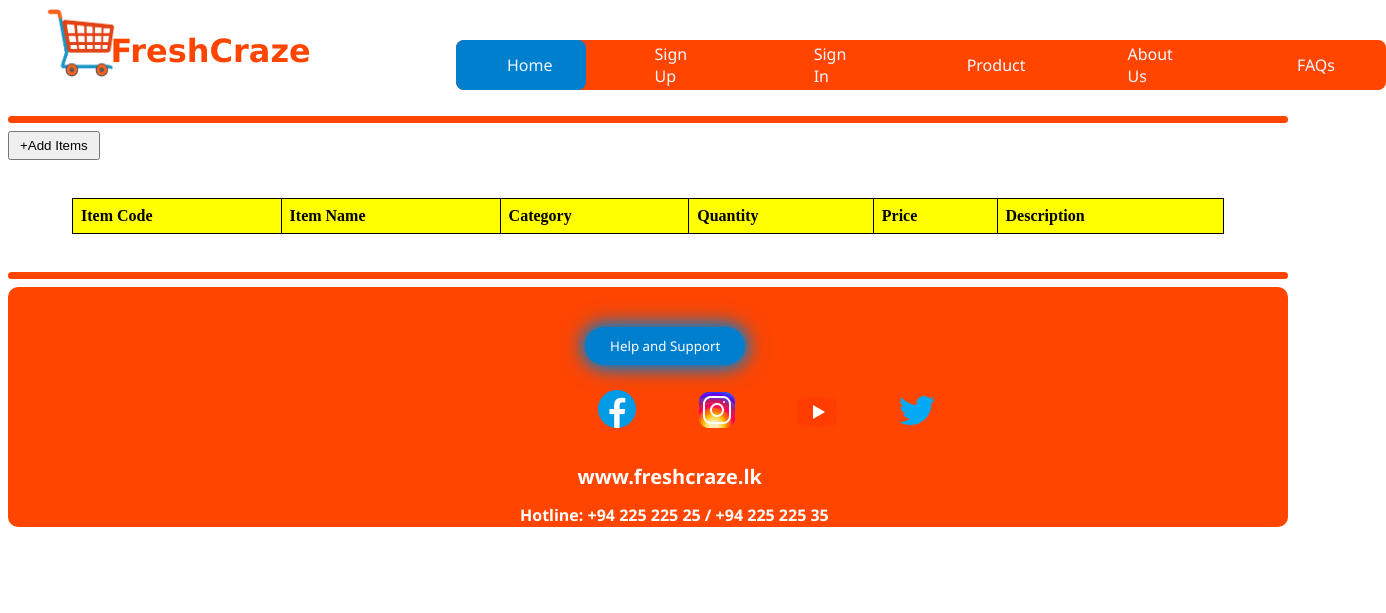
Repository: shanika2002/FreshCraze
Page: http://localhost/itemDem/AdminTable.jsp
An editor plug-in stored every save of this project. The page is shown before and after the next save, followed by the edit.
The browser window is 1280 px wide. The page is 1386 px wide, so the pictures cover 1386 px, including what lies to the right of the window. The pictures show the whole page.
The page is served by Tomcat 9.

Above is the page before, as saved 2024-05-13 19:58:35.

After the next save:
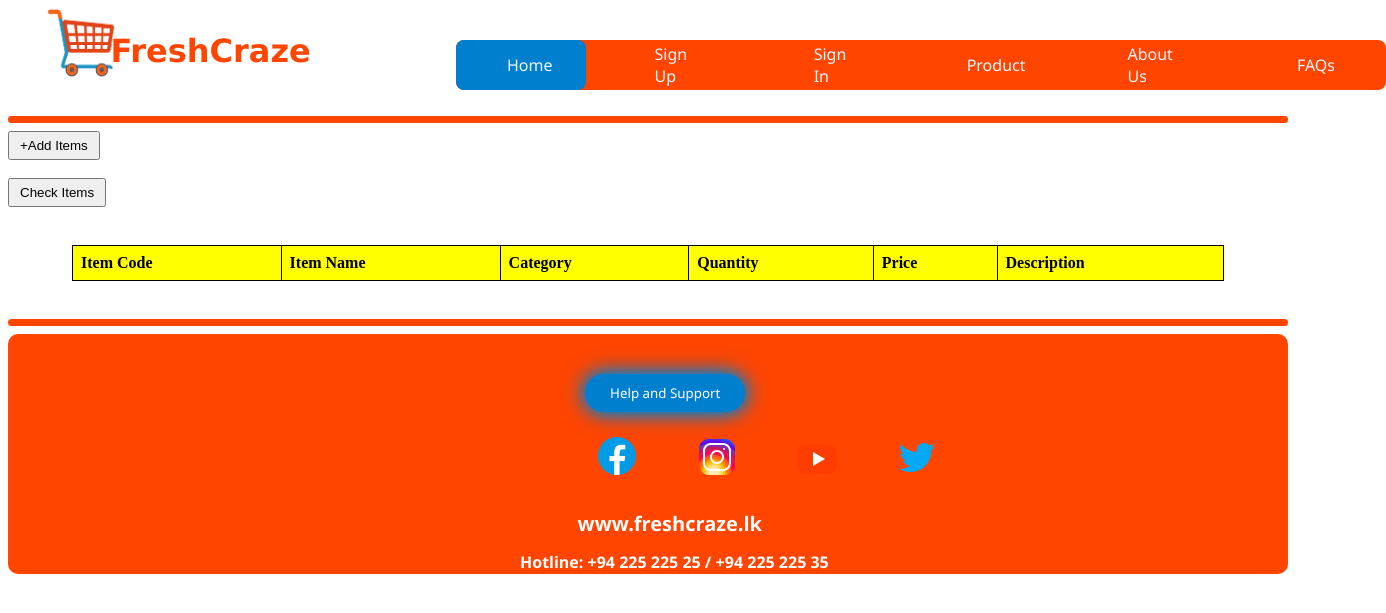
Saved 108 s later.
--- a/itemDem/src/main/webapp/AdminTable.jsp
+++ b/itemDem/src/main/webapp/AdminTable.jsp
@@ -31,6 +31,10 @@
 
 	<form action="addItem.jsp" method="post">
 		<button type="submit">+Add Items</button><br><br>
+	</form>
+
+	<form action="checkItem.jsp" method="post">
+		<button type="submit">Check Items</button><br><br>
 	</form>
 
 	<div class="admin-table">
